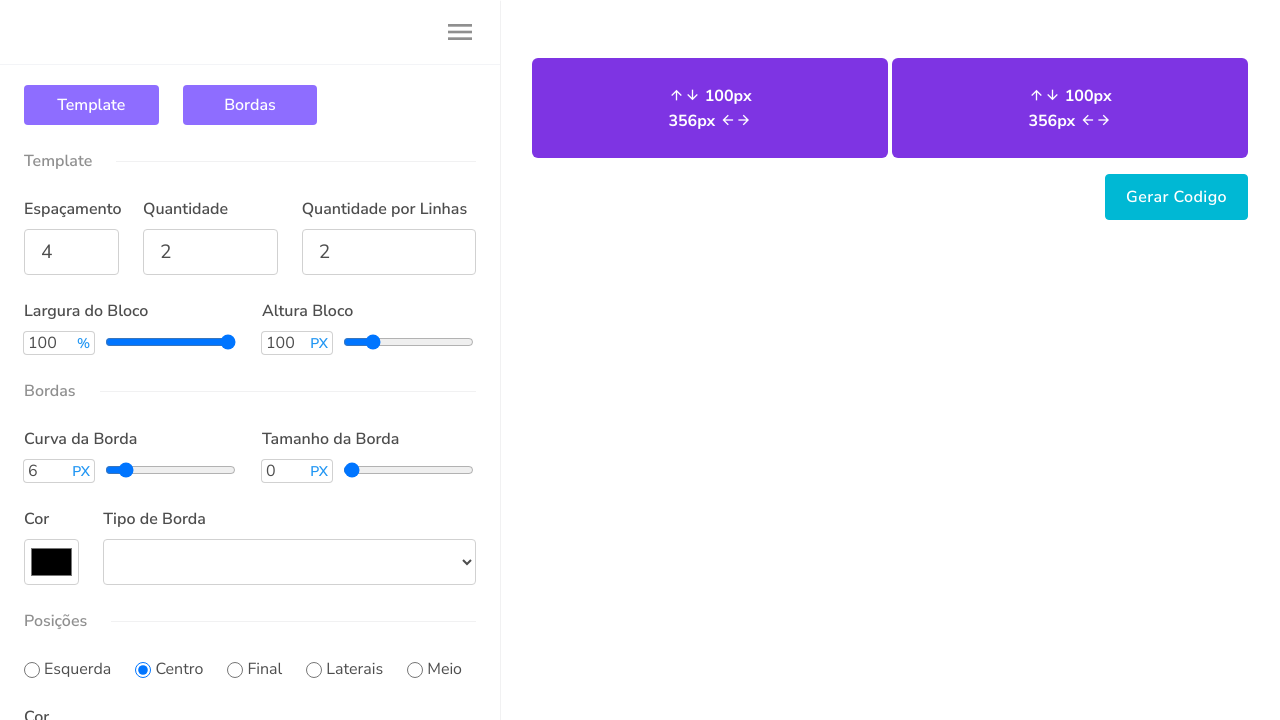
Repository: Flintdl/lowcode-elements
Page: /
These files come from the project's save history. The page is drawn as it stood at one moment and after the next save; the edit follows.
The browser window is 1280 px wide. The pictures show the whole page.
An inner scrolling area shows only its first screen. The project was rebuilt for these pictures with package versions that can differ from the ones it lists, and the page was loaded fresh each time. Also part of the build but not shown: vue.config.js.

Above is the page before, as saved 2022-04-06 10:25:17.

After the next save:
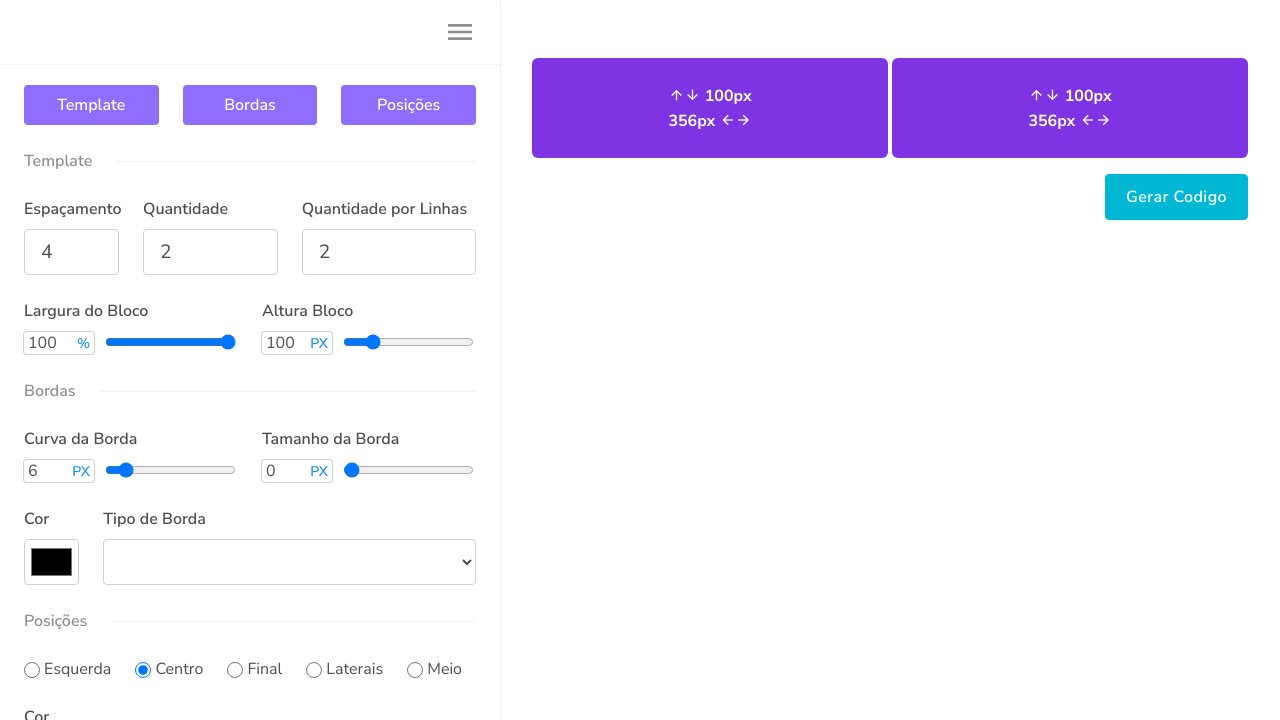
Saved 13 s later.
--- a/src/components/Menu/MenuTemplate.vue
+++ b/src/components/Menu/MenuTemplate.vue
@@ -159,7 +159,7 @@ export default {
       inputBorderTipo: (this.inputBorderTipo = ""),
       image: image,
 
-      tabs: [{ label: "Template" }, { label: "Bordas" }],
+      tabs: [{ label: "Template" }, { label: "Bordas" }, { label: "Posições" }],
     };
   },
   components: {
